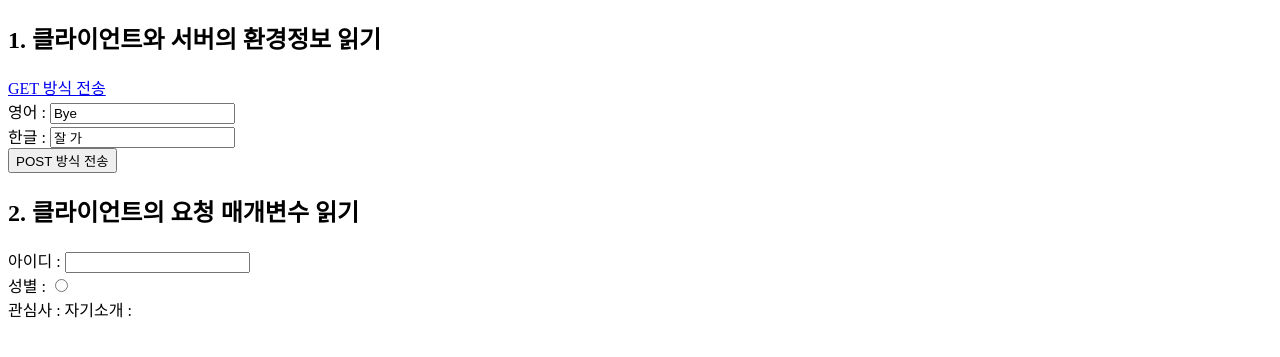
Repository: iamstudybox00/JSP_Servlet
Page: http://localhost/MustHaveJSP/02ImplicitObject/RequestMain.jsp
These files come from the project's save history. The page is drawn as it stood at one moment and after the next save; the edit follows.
The browser window is 1280 px wide. The pictures show the whole page.
The page is served by Tomcat 10. Other server files are loaded and not shown.

Above is the page before, as saved 2025-05-02 05:50:46.

### MustHaveJSP/src/main/webapp/02ImplicitObject/RequestMain.jsp
<%@ page language="java" contentType="text/html; charset=UTF-8"
    pageEncoding="UTF-8"%>
<!DOCTYPE html>
<html>
	<head>
	<meta charset="UTF-8">
	<title>내장객체 - request</title>
	</head>
	<body>
		<h2>1. 클라이언트와 서버의 환경정보 읽기</h2>
		<a href="./RequestWebInfo.jsp?eng=Hello&han=안녕">
			GET 방식 전송
		</a>
		<br/>
		<form action="RequestWebInfo.jsp" method="post" accept-charset="utf-8">
			영어 : <input type="text" name="eng" value="Bye" /><br/>
			한글 : <input type="text" name="han" value="잘 가" /><br/>
			<input type="submit" value="POST 방식 전송" />
		</form>

		<h2>2. 클라이언트의 요청 매개변수 읽기</h2>
		<form method="post" action="RequestParameter.jsp">
			아이디 : <input type="text" name="id" value="" /><br/>
			성별 :
			<input type="radio" name="sex" value="" /><br/>
			관심사 :
			자기소개 :
		</form>
	</body>
</html>

After the next save:
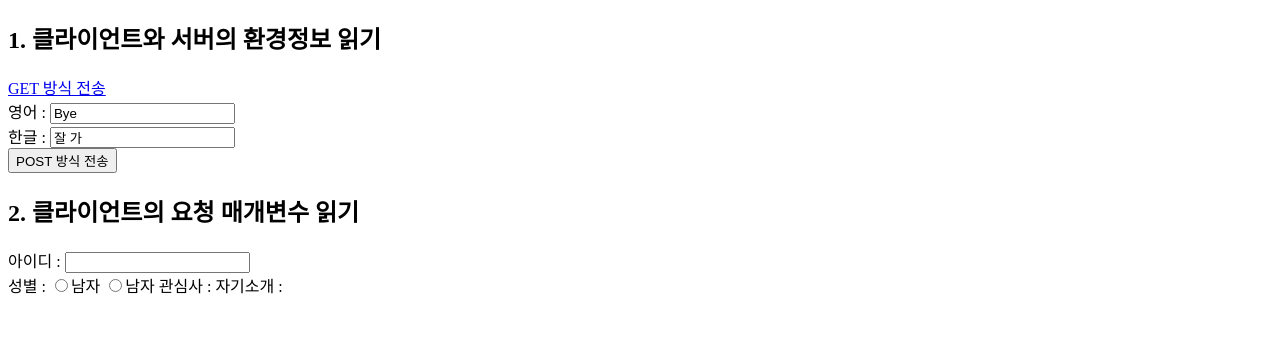
Saved 13 s later.
--- a/MustHaveJSP/src/main/webapp/02ImplicitObject/RequestMain.jsp
+++ b/MustHaveJSP/src/main/webapp/02ImplicitObject/RequestMain.jsp
@@ -22,7 +22,8 @@
 		<form method="post" action="RequestParameter.jsp">
 			아이디 : <input type="text" name="id" value="" /><br/>
 			성별 :
-			<input type="radio" name="sex" value="" /><br/>
+			<input type="radio" name="sex" value="man" />남자
+			<input type="radio" name="sex" value="man" />남자
 			관심사 :
 			자기소개 :
 		</form>
